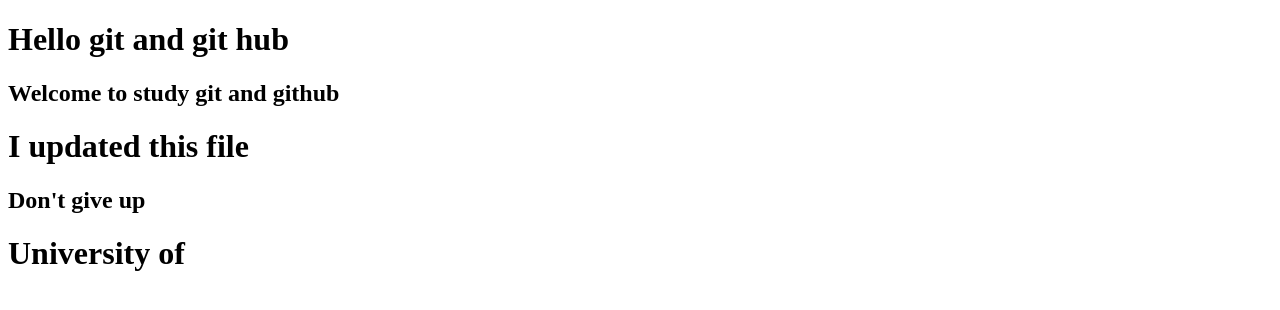
Repository: superkoung/myFile
Page: index.html
The author's editor kept a copy of each file at every save. The page is drawn from the files as they stood at one save, then again after the next save.
The browser window is 1280 px wide. The pictures show the whole page.

Above is the page before, as saved 2026-02-09 14:16:37.

After the next save:
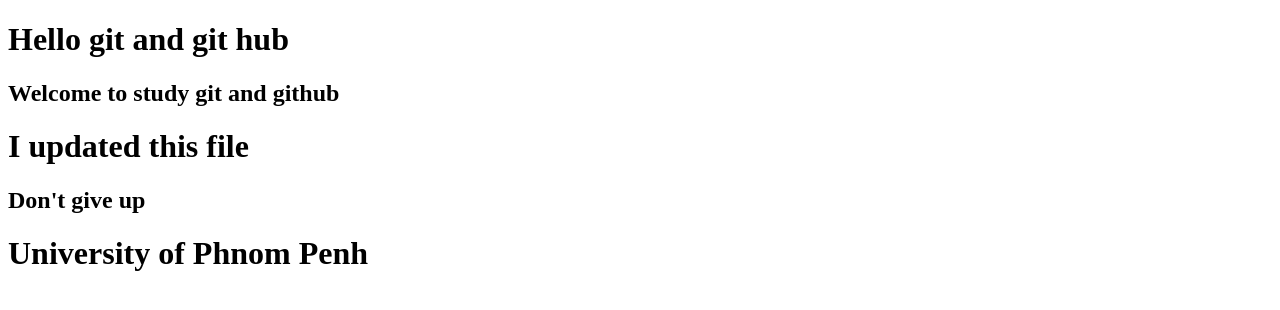
Saved 4 s later.
--- a/index.html
+++ b/index.html
@@ -10,6 +10,6 @@
     <h2>Welcome to study git and github</h2>
     <h1>I updated this file</h1>
     <h2>Don't give up</h2>
-    <h1>University of </h1>
+    <h1>University of Phnom Penh</h1>
 </body>
 </html>
